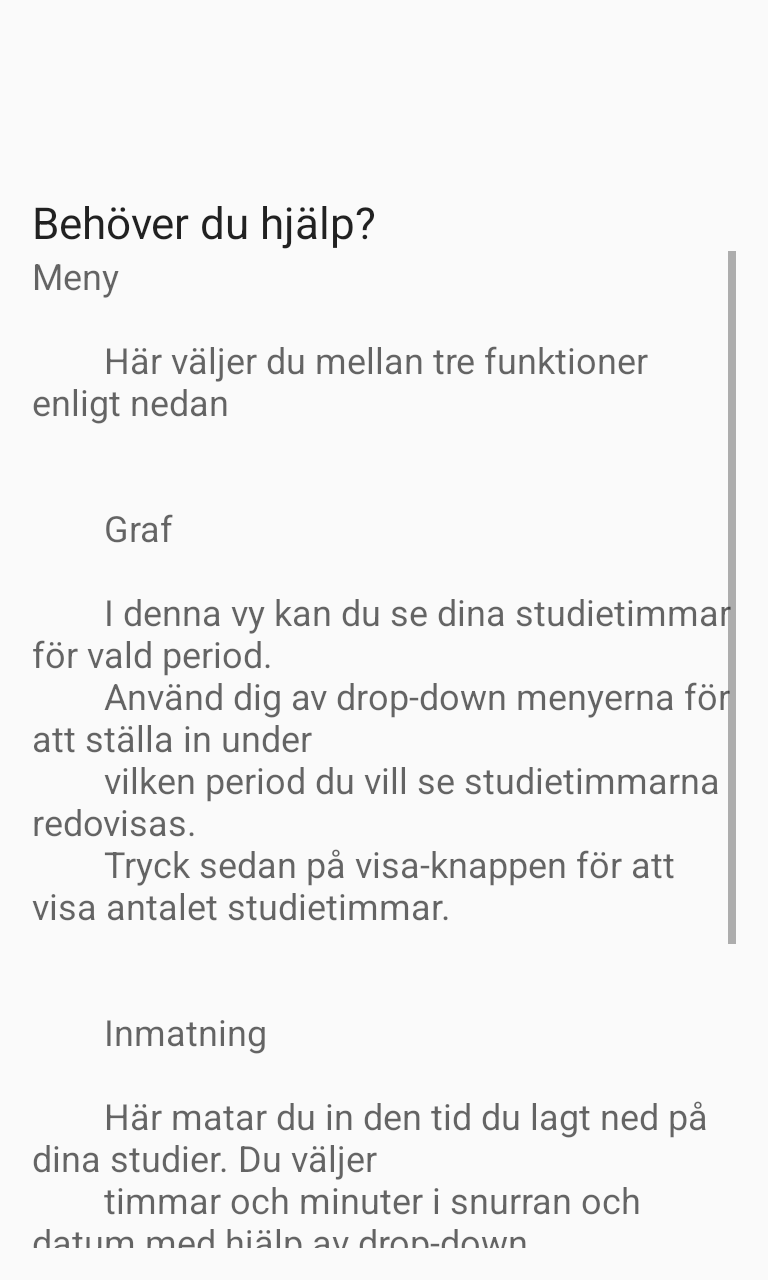
Repository: Dinova/Studiekoll
Layout: Studiekoll/Studiekoll/res/layout/fragment_help.xml
The author's editor kept a copy of each file at every save. The layout is drawn from the files as they stood at one save, then again after the next save.
It is drawn on a 768 x 1280 px phone screen (xhdpi) without system bars, with theme AppTheme; the app's code is not run.

Above is the layout before, as saved 2014-05-16 09:42:15.

### Studiekoll/Studiekoll/res/layout/fragment_help.xml
<LinearLayout xmlns:android="http://schemas.android.com/apk/res/android"
    xmlns:tools="http://schemas.android.com/tools"
    android:layout_width="match_parent"
    android:layout_height="match_parent"
    android:orientation="vertical"
    android:paddingBottom="@dimen/activity_vertical_margin"
    android:paddingLeft="@dimen/activity_horizontal_margin"
    android:paddingRight="@dimen/activity_horizontal_margin"
    android:paddingTop="@dimen/activity_vertical_margin"
    tools:context="com.grupp8DAT255.studiekoll.HelpActivity$PlaceholderFragment" >

    <TextView
        android:id="@+id/textView1"
        android:layout_width="wrap_content"
        android:layout_height="wrap_content"
        android:layout_alignParentTop="true"
        android:layout_centerHorizontal="true"
        android:layout_marginTop="80dp"
        android:text="Behöver du hjälp?"
        android:textAppearance="?android:attr/textAppearanceLarge" />

    <ScrollView
        android:layout_width="fill_parent"
    	android:layout_height="fill_parent" >

    	<TextView
        	android:id="@+id/textView2"
        	android:layout_width="wrap_content"
        	android:layout_height="wrap_content"
        	android:scrollHorizontally="true"
        	android:scrollbarAlwaysDrawVerticalTrack="true"
        	android:text="@string/help_text"
        	android:textAppearance="?android:attr/textAppearanceMedium" />

    </ScrollView>

     <Button
        android:id="@+id/button1"
        style="?android:attr/buttonStyleSmall"
        android:layout_width="wrap_content"
        android:layout_height="wrap_content"
        android:layout_marginBottom="35dp"
        android:text="OK"
        android:onClick="backToMain"/>

</LinearLayout>

### Studiekoll/Studiekoll/res/values/strings.xml
<?xml version="1.0" encoding="utf-8"?>
<resources>

    <string name="app_name">Studiekoll</string>
    <string name="action_settings">Settings</string>
    <string name="edit_message">Insert number of hours</string>
    <string name="button_graphics">Graf</string>
    <string name="button_input">Inmatning</string>
    <string name="button_help">Hjälp</string>
    <string name="title_activity_help">Hjälp</string>
    <string name="help_text">
        "Meny \n
        Här väljer du mellan tre funktioner enligt nedan
        \n
        Graf\n
        I denna vy kan du se dina studietimmar för vald period.
        Använd dig av drop-down menyerna för att ställa in under
        vilken period du vill se studietimmarna redovisas.
        Tryck sedan på "visa"-knappen för att visa antalet studietimmar.
        \n
        Inmatning \n
        Här matar du in den tid du lagt ned på dina studier. Du väljer
        timmar och minuter i snurran och datum med hjälp av drop-down
        menyerna. Tryck sedan på "lagra"-knappen för att spara inmatningen.
        Det är möjligt att föra in tid flera gånger för samma datum.
        \n
        Hjälp \n
        Här får du som du ser hjälp att hantera appen."</string>

</resources>

Loaded but not shown: Studiekoll/Studiekoll/res/values/styles.xml (common file); Studiekoll/Studiekoll/res/values-v11/styles.xml (common file); Studiekoll/Studiekoll/res/values-v14/styles.xml (common file); Studiekoll/Studiekoll/res/values/dimens.xml (common file); Studiekoll/Studiekoll/res/values-w820dp/dimens.xml (common file)

After the next save:
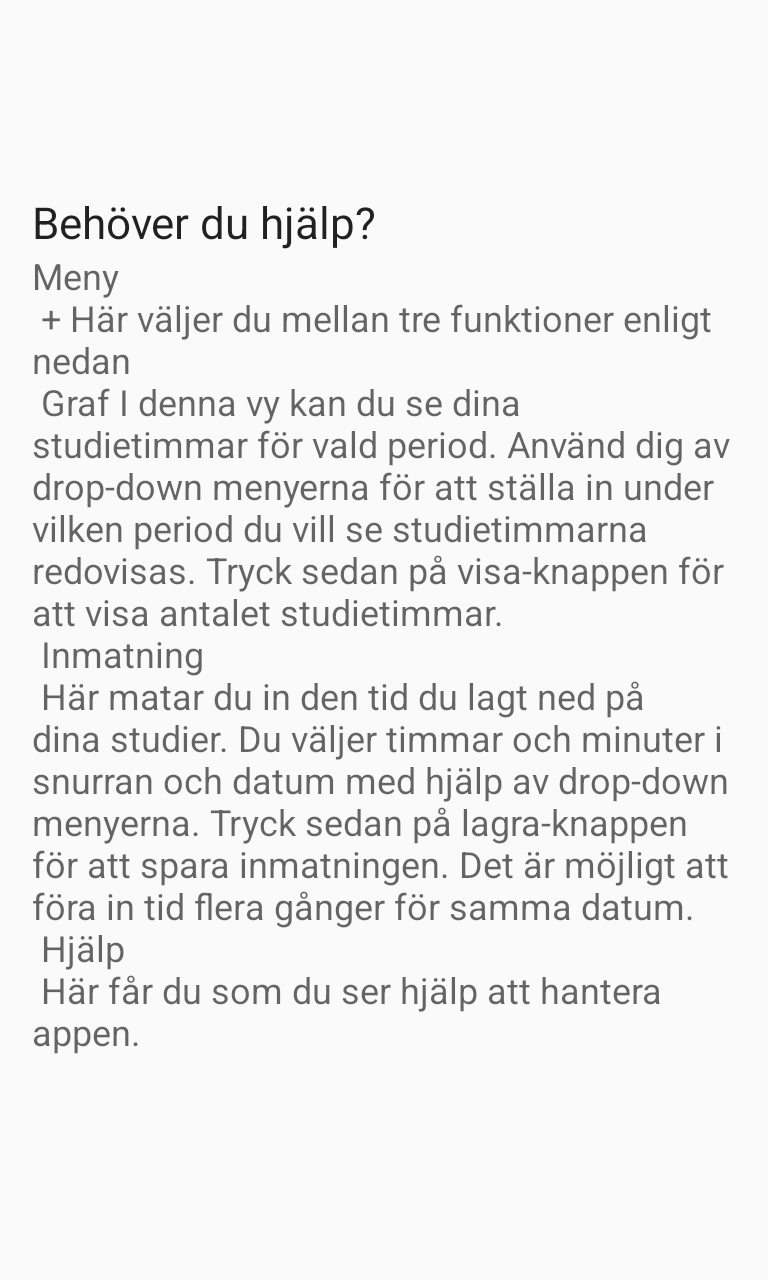
Saved 4 min 22 s later.
--- a/Studiekoll/Studiekoll/res/values/strings.xml
+++ b/Studiekoll/Studiekoll/res/values/strings.xml
@@ -9,10 +9,10 @@
     <string name="button_help">Hjälp</string>
     <string name="title_activity_help">Hjälp</string>
     <string name="help_text">
-        "Meny \n
-        Här väljer du mellan tre funktioner enligt nedan
-        \n
-        Graf\n
+        "Meny\n"
+        + "Här väljer du mellan tre funktioner enligt nedan\n"
+
+        Graf
         I denna vy kan du se dina studietimmar för vald period.
         Använd dig av drop-down menyerna för att ställa in under
         vilken period du vill se studietimmarna redovisas.
